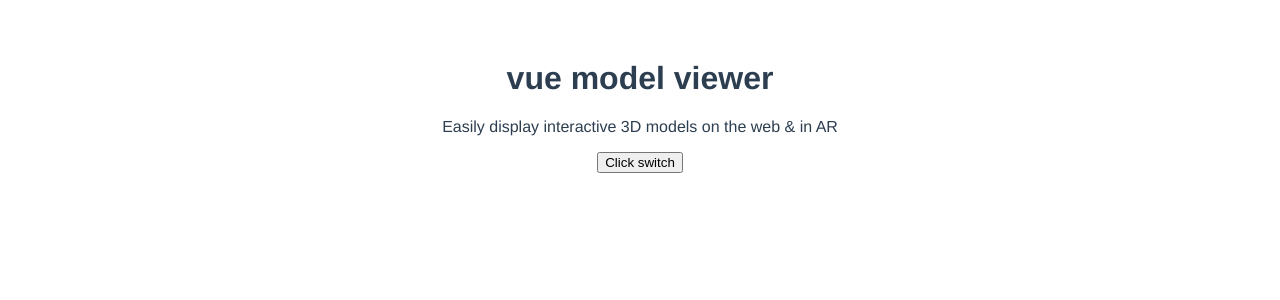
Repository: Daudxu/vue-model-viewer
Page: /
The author's editor kept a copy of each file at every save. The page is drawn from the files as they stood at one save, then again after the next save.
The browser window is 1280 px wide. The pictures show the whole page.
The project was rebuilt for these pictures with package versions that can differ from the ones it lists, and the page was loaded fresh each time. Also part of the build but not shown: vue.config.js. Imported but missing from the stored project, and not drawn on this page: packages/vueModelViewer/index.

Above is the page before, as saved 2022-03-04 10:03:53.
Console error: TypeError: this.$refs.modelViewerRef.renderModel is not a function

### index.html
<!DOCTYPE html><html lang=""><head><meta charset="utf-8"><meta http-equiv="X-UA-Compatible" content="IE=edge"><meta name="viewport" content="width=device-width,initial-scale=1"><link rel="icon" href="favicon.ico"><title>vue-model-viewer</title><link href="static/css/index.c66b4972.css" rel="preload" as="style"><link href="static/js/chunk-vendors.63f9387f.js" rel="preload" as="script"><link href="static/js/index.01fe9cbb.js" rel="preload" as="script"><link href="static/css/index.c66b4972.css" rel="stylesheet"></head><body><noscript><strong>We're sorry but vue-model-viewer doesn't work properly without JavaScript enabled. Please enable it to continue.</strong></noscript><div id="app"></div><script src="static/js/chunk-vendors.63f9387f.js"></script><script src="static/js/index.01fe9cbb.js"></script></body></html>

### examples/main.js
import { createApp } from 'vue'
import App from './App.vue'
// import '../lib/vue-model-viewer.css'
// import VueModelViewer from '../lib/vue-model-viewer.umd.min.js'
import VueModelViewer from '../packages/index'

const app = createApp(App);
app.use(VueModelViewer);
app.mount("#app");

### examples/App.vue
<template>
  <HelloWorld msg=" vue model viewer" />
</template>

<script>
import HelloWorld from './components/HelloWorld.vue'

export default {
  name: 'App',
  components: {
    HelloWorld
  },
}
</script>

<style>
#app {
  font-family: Avenir, Helvetica, Arial, sans-serif;
  -webkit-font-smoothing: antialiased;
  -moz-osx-font-smoothing: grayscale;
  text-align: center;
  color: #2c3e50;
  margin-top: 60px;
}
</style>

### packages/index.js

// packages / index.js

// 导入单个组件
import VueModelViewer from './vueModelViewer/index'

// 以数组的结构保存组件，便于遍历
const components = [
  VueModelViewer
]

// 定义 install 方法
const install = function (Vue) {
  if (install.installed) return
  install.installed = true
  // 遍历并注册全局组件
  components.map(component => {
    Vue.component(component.name, component)
  })
}

if (typeof window !== 'undefined' && window.Vue) {
  install(window.Vue)
}

export default {
  // 导出的对象必须具备一个 install 方法
  install,
  // 组件列表
  ...components
}

### examples/components/HelloWorld.vue
<template>
  <div class="hello">
    <h1>{{ msg }}</h1>
    <p>
      Easily display interactive 3D models on the web & in AR
    </p>
    <button @click="handleClick">Click switch </button>
    <div style="display: flex;justify-content: center; margin-top: 20px;">

      <vue-model-viewer ref="modelViewerRef"
                        :viewWidth="viewWidth"
                        :viewHeight="viewHeight">
      </vue-model-viewer>
    </div>

  </div>
</template>

<script>
import poster from "../assets/logo.png";

export default {
  name: 'HelloWorld',
  props: {
    msg: String
  },
  data () {
    return {
      modelViewer: '',
      viewWidth: '500px',
      viewHeight: '500px',
      poster: poster,
      listglb: [
        { 'url': './1.glb' },
        { 'url': './2.glb' },
        { 'url': './3.glb' }
      ]
    }
  },
  mounted () {
    this.handleClick()
  },
  methods: {
    handleClick () {
      let n = 3;
      let random_number = Math.floor(Math.random() * Math.floor(n));
      // console.log(random_number)
      this.$refs.modelViewerRef.renderModel(poster, this.listglb[random_number].url);
    },
  }
}
</script>

<!-- Add "scoped" attribute to limit CSS to this component only -->
<style scoped>
h3 {
  margin: 40px 0 0;
}
ul {
  list-style-type: none;
  padding: 0;
}
li {
  display: inline-block;
  margin: 0 10px;
}
a {
  color: #42b983;
}
</style>

### static/css/index.c66b4972.css
button[data-v-5cb33284]{height:30px;background:#42b983;cursor:pointer}h3[data-v-5cb33284]{margin:40px 0 0}ul[data-v-5cb33284]{list-style-type:none;padding:0}li[data-v-5cb33284]{display:inline-block;margin:0 10px}a[data-v-5cb33284]{color:#42b983}#app{font-family:Avenir,Helvetica,Arial,sans-serif;-webkit-font-smoothing:antialiased;-moz-osx-font-smoothing:grayscale;text-align:center;color:#2c3e50;margin-top:60px}

Loaded but not shown: static/js/chunk-vendors.63f9387f.js (library); static/js/index.01fe9cbb.js (library)

After the next save:
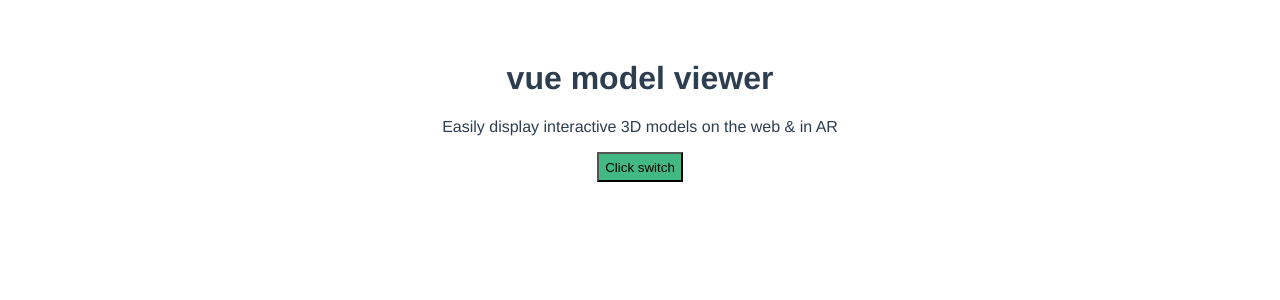
Saved 2 min 26 s later.
--- a/examples/components/HelloWorld.vue
+++ b/examples/components/HelloWorld.vue
@@ -27,8 +27,8 @@ export default {
   data () {
     return {
       modelViewer: '',
-      viewWidth: '500px',
-      viewHeight: '500px',
+      viewWidth: 500,
+      viewHeight: 500,
       poster: poster,
       listglb: [
         { 'url': './1.glb' },
@@ -53,6 +53,10 @@ export default {
 
 <!-- Add "scoped" attribute to limit CSS to this component only -->
 <style scoped>
+button {
+  height: 30px;
+  background: #42b983;
+}
 h3 {
   margin: 40px 0 0;
 }
